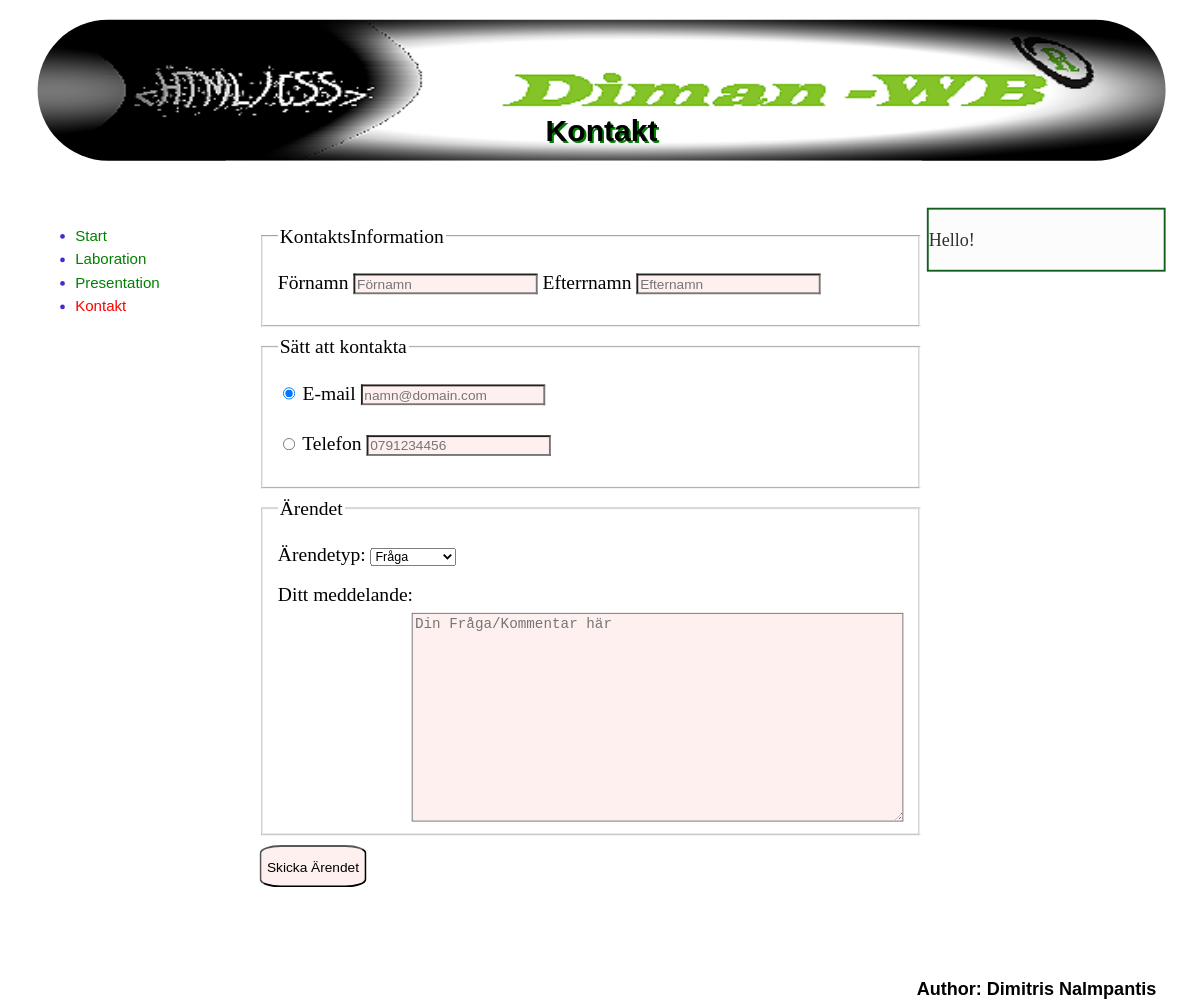
Repository: dn222em/1ik415-laborationer
Page: pages/Kontakt.html
The author's editor kept a record of every edit. The page is drawn from the files as they stood at one moment, then again after the next edit.
The browser window is 1280 px wide. The pictures show the whole page, at 94% of full size.
The pointer rests on the first visible `#cont`.

Above is the page before.

After the next edit:
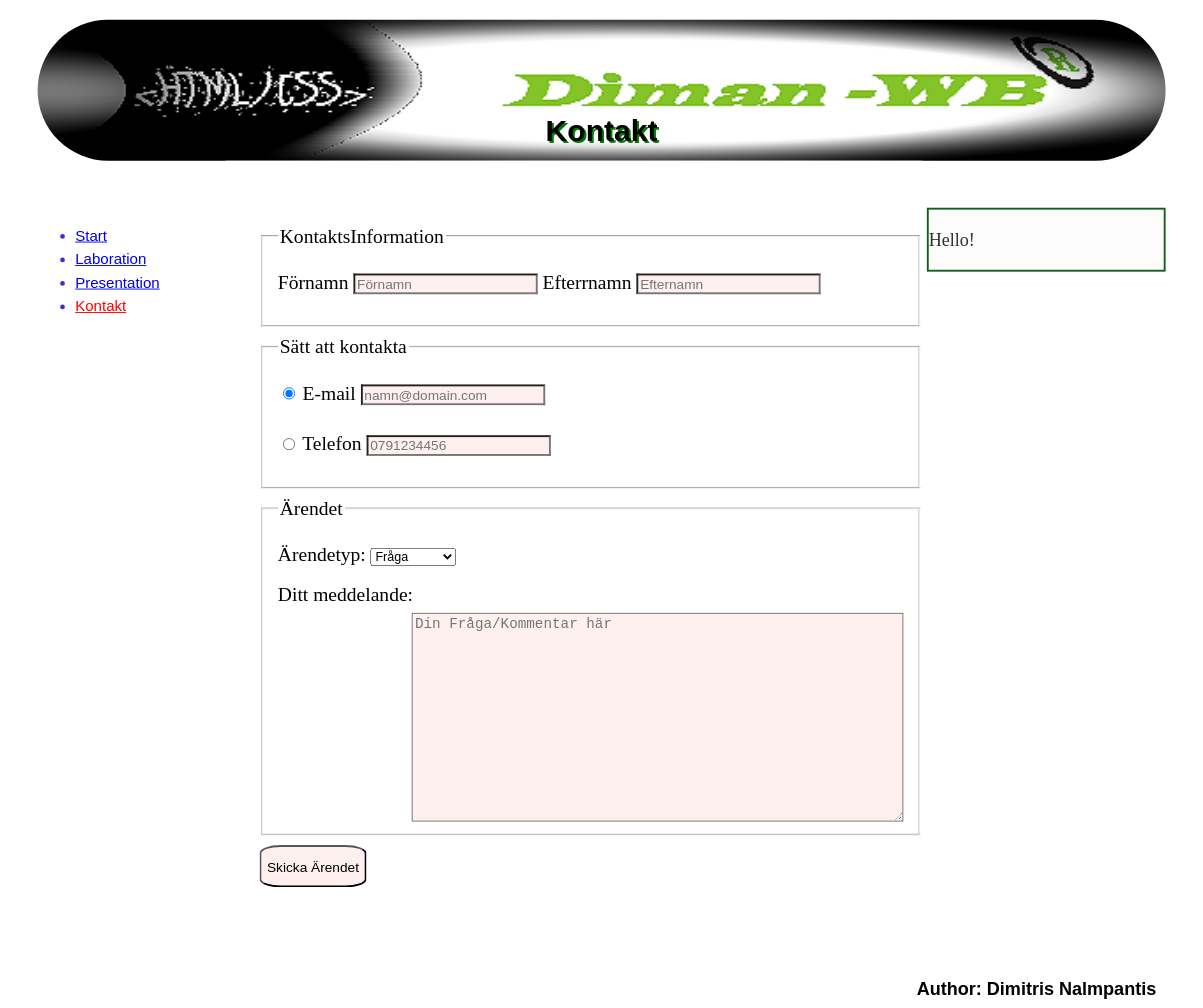
The edit:
--- a/CSS/style.css
+++ b/CSS/style.css
@@ -178,7 +178,7 @@
 #present:hover { background-position: 0 -192px;}
 
 #cont { background-position: 0 -332px;}
-#cont:hover { background-position: 0 -288px;}
+#cont:hover { background-position: 0 -288px;}*/
 
 
 /*Typografi
